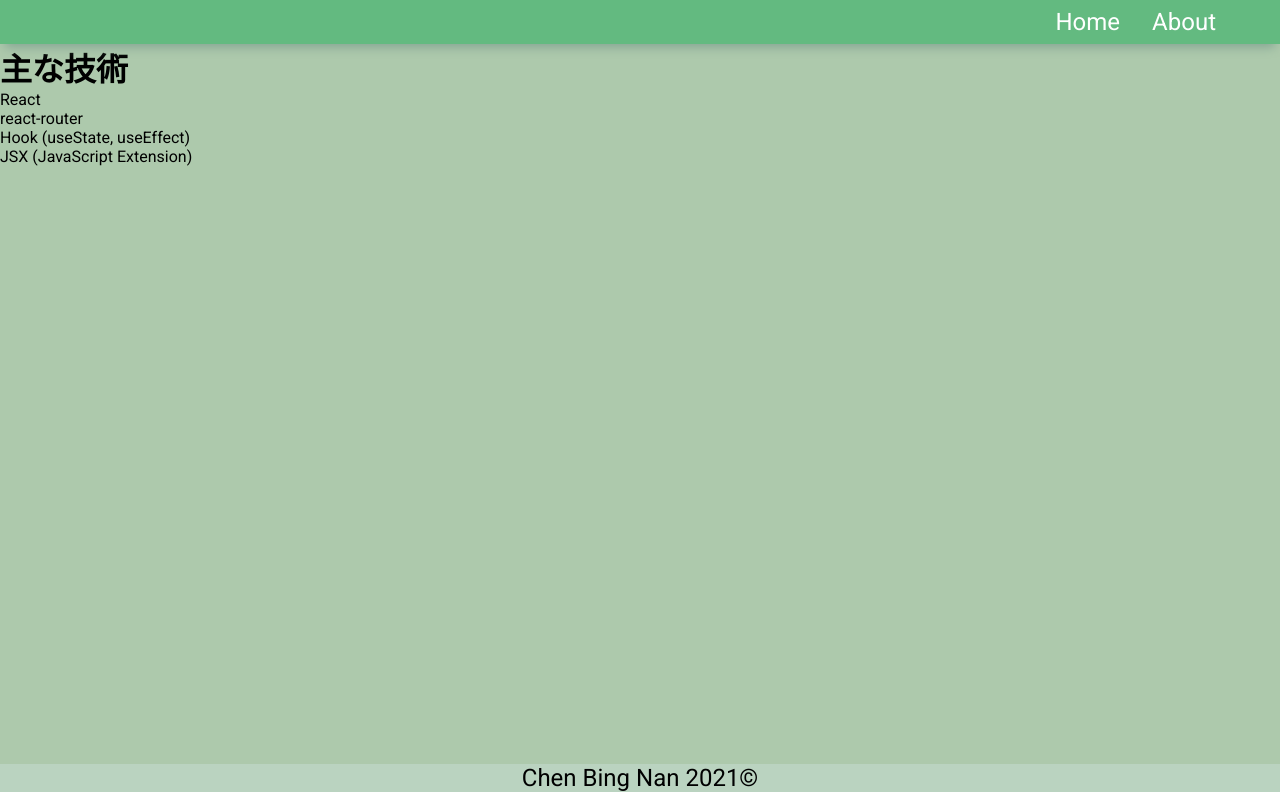
Repository: r1991108/pictureSearchProj
Page: /pictureSearchProj/about
These files come from the project's save history. The page is drawn as it stood at one moment and after the next save; the edit follows.
The browser window is 1280 px wide. The pictures show the whole page.
The project was rebuilt for these pictures with package versions that can differ from the ones it lists, and the page was loaded fresh each time. Also part of the build but not shown: src/components/Search.js, src/components/Pictures.js, src/pages/Homepage.js.

Above is the page before, as saved 2021-11-23 21:27:15.

After the next save:
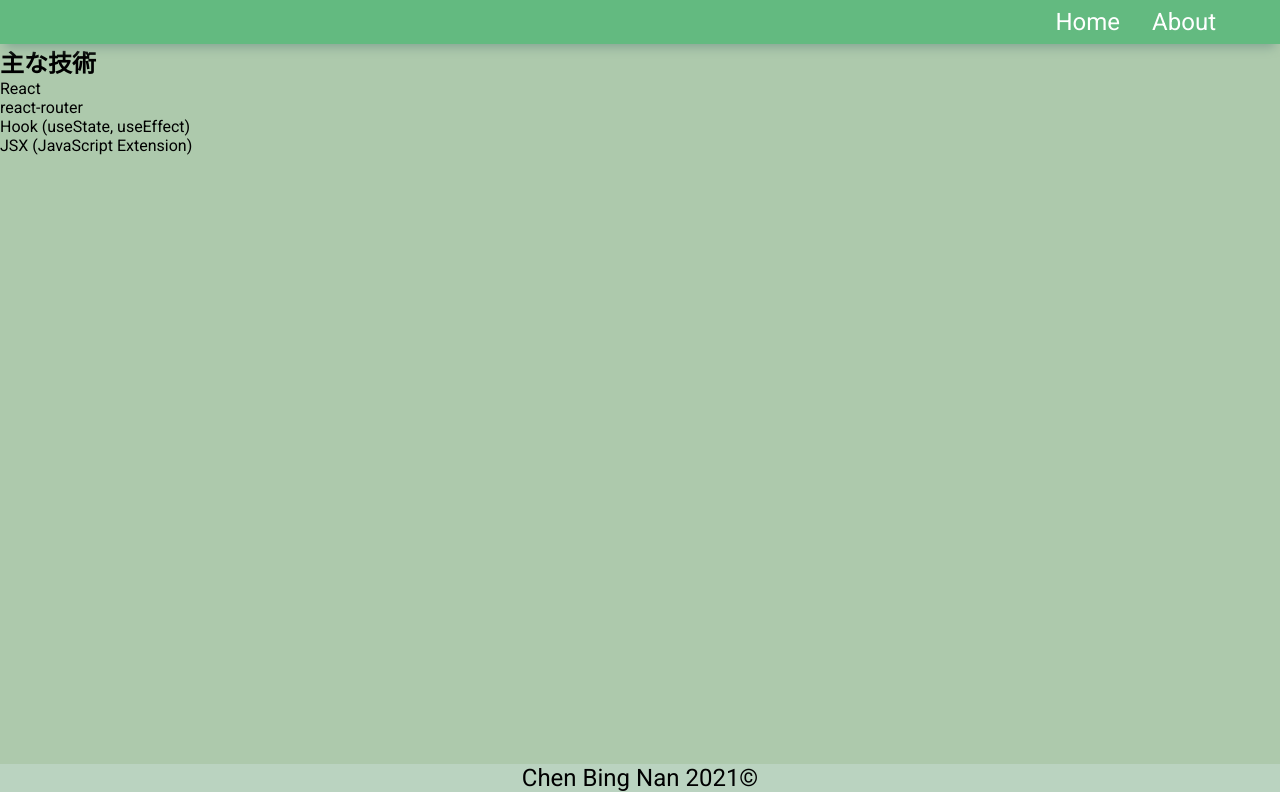
Saved 12 s later.
--- a/src/pages/About.js
+++ b/src/pages/About.js
@@ -3,7 +3,7 @@ import React from "react";
 const About = () => {
   return (
     <div style={{ minHeight: "100vh" }}>
-      <h1>主な技術</h1>
+      <h2>主な技術</h2>
       <ul>
         <li>React</li>
         <li>react-router</li>
